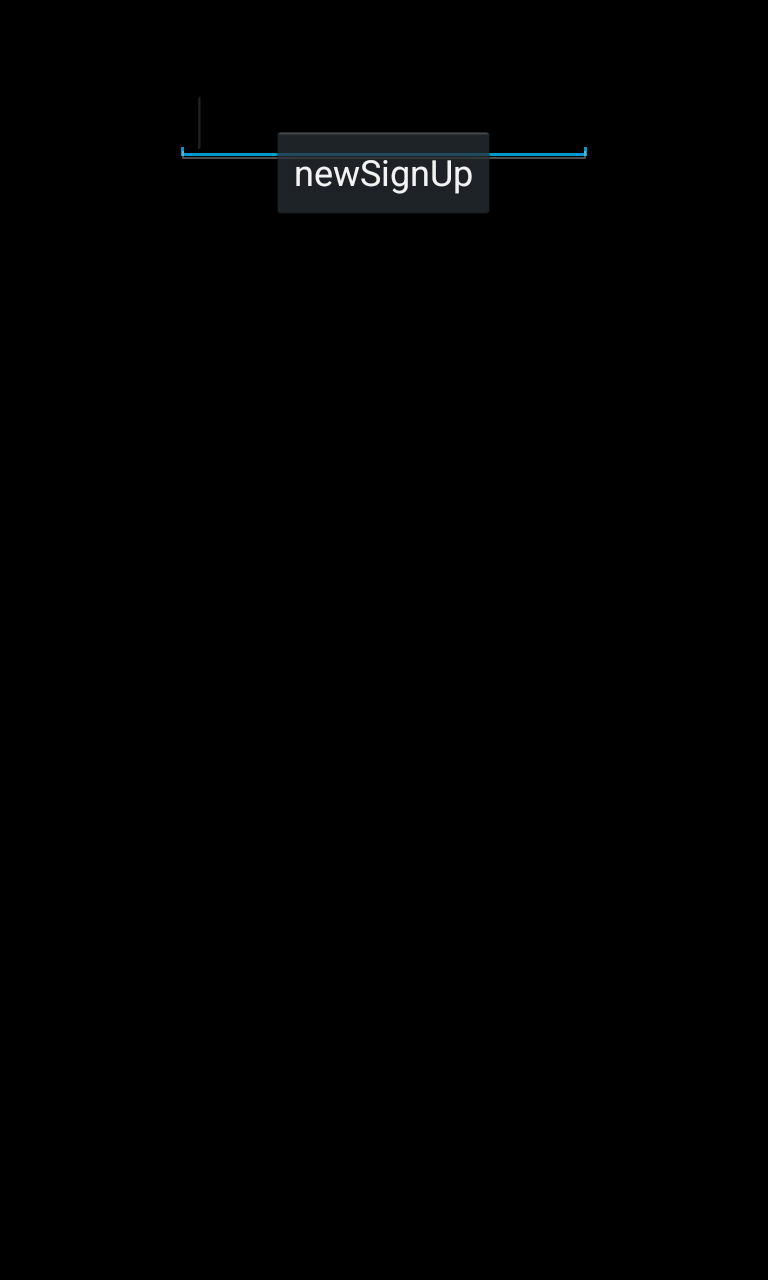
Repository: arianaantonio/CPMD
Layout: ContactsAppAndroid/res/layout/fragment_signup.xml
An editor plug-in stored every save of this project. The layout is shown before and after the next save, followed by the edit.
It is drawn on a 768 x 1280 px phone screen (xhdpi) without system bars, with theme android:Theme.Holo; the app's code is not run.

Above is the layout before, as saved 2014-10-29 08:15:27.

### ContactsAppAndroid/res/layout/fragment_signup.xml
<?xml version="1.0" encoding="utf-8"?>
<RelativeLayout xmlns:android="http://schemas.android.com/apk/res/android"
    android:layout_width="match_parent"
    android:layout_height="match_parent"
    android:orientation="vertical" >

    <EditText
        android:id="@+id/newUsername"
        android:layout_width="wrap_content"
        android:layout_height="wrap_content"
        android:layout_alignParentTop="true"
        android:layout_centerHorizontal="true"
        android:layout_marginTop="42dp"
        android:ems="10" >

        <requestFocus />
    </EditText>

    <EditText
        android:id="@+id/newPassword"
        android:layout_width="wrap_content"
        android:layout_height="wrap_content"
        android:layout_below="@+id/editText1"
        android:layout_centerHorizontal="true"
        android:layout_marginTop="44dp"
        android:ems="10"
        android:inputType="textPassword" />

    <Button
        android:id="@+id/button1"
        android:layout_width="wrap_content"
        android:layout_height="wrap_content"
        android:layout_below="@+id/editText2"
        android:layout_centerHorizontal="true"
        android:layout_marginTop="62dp"
        android:text="newSignUp" />

</RelativeLayout>

After the next save:
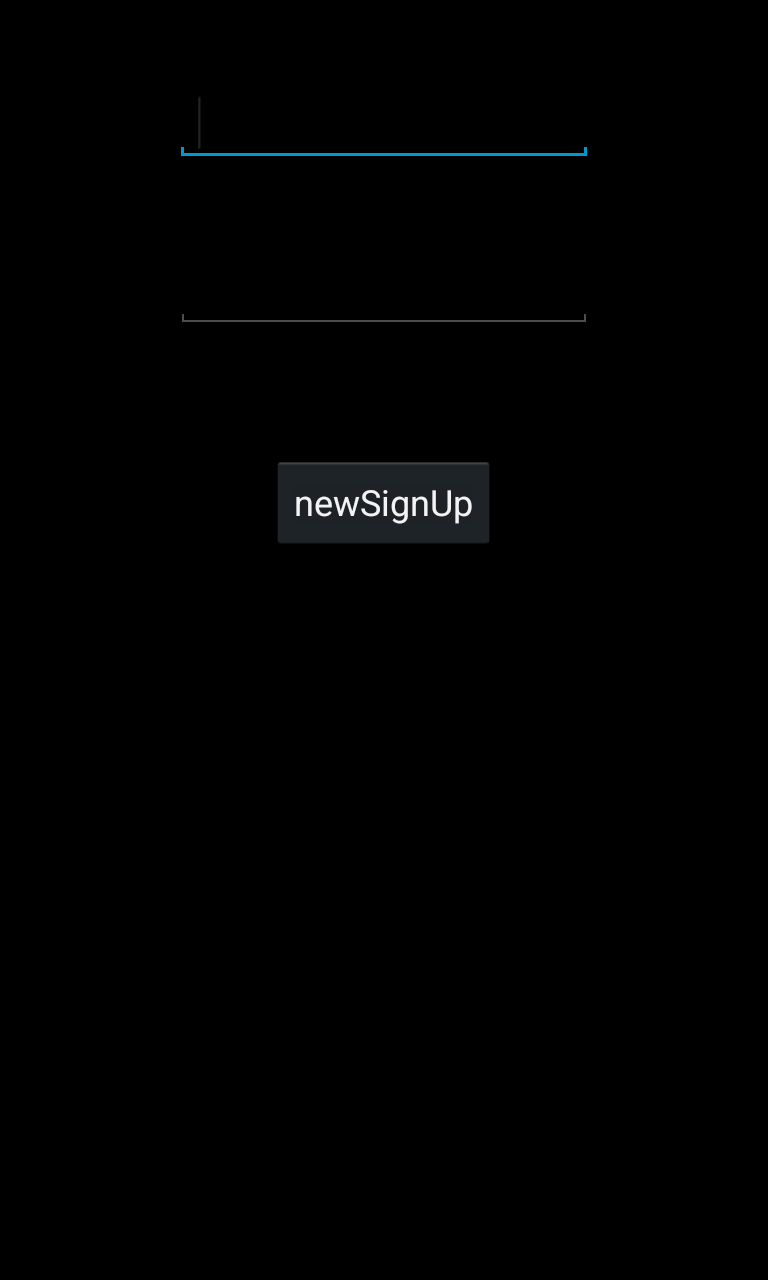
Saved 12 s later.
--- a/ContactsAppAndroid/res/layout/fragment_signup.xml
+++ b/ContactsAppAndroid/res/layout/fragment_signup.xml
@@ -20,7 +20,7 @@
         android:id="@+id/newPassword"
         android:layout_width="wrap_content"
         android:layout_height="wrap_content"
-        android:layout_below="@+id/editText1"
+        android:layout_below="@+id/newUsername"
         android:layout_centerHorizontal="true"
         android:layout_marginTop="44dp"
         android:ems="10"
@@ -30,7 +30,7 @@
         android:id="@+id/button1"
         android:layout_width="wrap_content"
         android:layout_height="wrap_content"
-        android:layout_below="@+id/editText2"
+        android:layout_below="@+id/newPassword"
         android:layout_centerHorizontal="true"
         android:layout_marginTop="62dp"
         android:text="newSignUp" />
